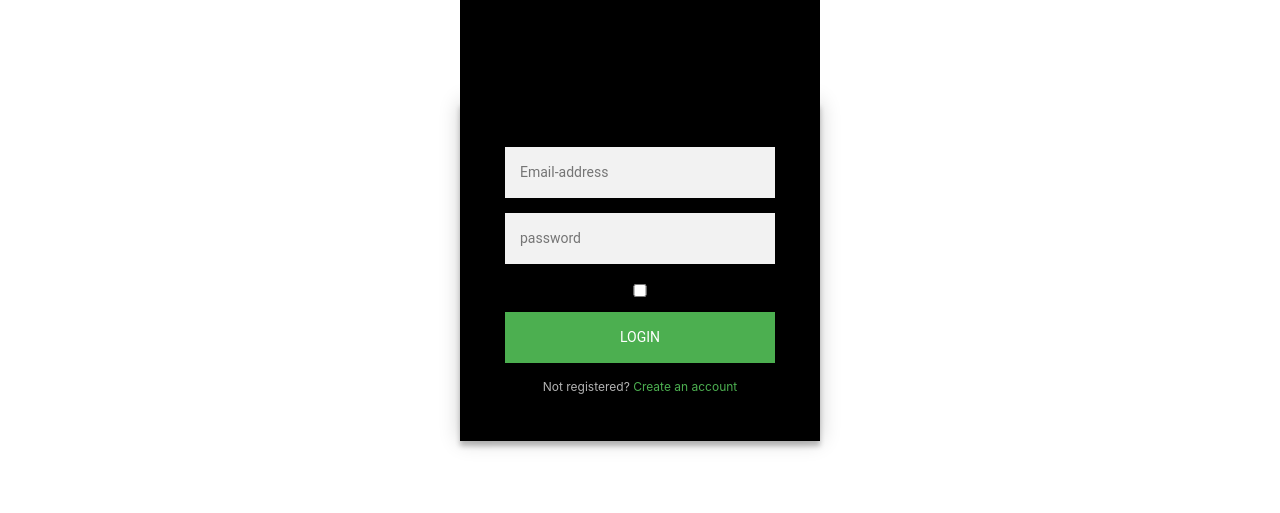
Repository: andbilous/cursor-styled-components
Page: /sign-in
An editor plug-in stored every save of this project. The page is shown before and after a run of saves, followed by the edit.
The browser window is 1280 px wide. The pictures show the whole page.
The project was rebuilt for these pictures with package versions that can differ from the ones it lists, and the page was loaded fresh each time. Also part of the build but not shown: src/App.css, src/components/SignUpForm.jsx.

Above is the page before, as saved 2020-04-19 13:27:13.

### src/App.js
import React from 'react';
import {
  BrowserRouter as Router,
  Switch,
  Route,
  Link
} from "react-router-dom";
import './App.css';
import SignInForm from './components/SignInForm';
import SignUpForm from './components/SignUpForm';

function App() {
  return (
   <Router>
      <Switch>
          <Route exact path="/sign-in">
            <SignInForm />
          </Route>
          <Route path="/sign-up">
            <SignUpForm />
          </Route>
        </Switch>
   </Router>
  );
}

export default App;

### src/components/SignInForm.jsx
import React from 'react';
import styled from "styled-components";

const SignInFormStyles=styled.div`
.login-page {
  width: 360px;
  padding: 8% 0 0;
  margin: auto;
  background: #000;
}
.form {
  position: relative;
  z-index: 1;
  max-width: 360px;
  margin: 0 auto 100px;
  padding: 45px;
  text-align: center;
  box-shadow: 0 0 20px 0 rgba(0, 0, 0, 0.2), 0 5px 5px 0 rgba(0, 0, 0, 0.24);
}
.form input {
  font-family: "Roboto", sans-serif;
  outline: 0;
  background: #f2f2f2;
  width: 100%;
  border: 0;
  margin: 0 0 15px;
  padding: 15px;
  box-sizing: border-box;
  font-size: 14px;
}
.form button {
  font-family: "Roboto", sans-serif;
  text-transform: uppercase;
  outline: 0;
  background: #4CAF50;
  width: 100%;
  border: 0;
  padding: 15px;
  color: #FFFFFF;
  font-size: 14px;
  -webkit-transition: all 0.3 ease;
  transition: all 0.3 ease;
  cursor: pointer;
}
.form button:hover,.form button:active,.form button:focus {
  background: #43A047;
}
.form .message {
  margin: 15px 0 0;
  color: #b3b3b3;
  font-size: 12px;
}
.form .message a {
  color: #4CAF50;
  text-decoration: none;
}
.form .register-form {
  display: none;
}
.container {
  position: relative;
  z-index: 1;
  max-width: 300px;
  margin: 0 auto;
}
.container:before, .container:after {
  content: "";
  display: block;
  clear: both;
}
.container .info {
  margin: 50px auto;
  text-align: center;
}
.container .info h1 {
  margin: 0 0 15px;
  padding: 0;
  font-size: 36px;
  font-weight: 300;
  color: #1a1a1a;
}
.container .info span {
  color: #4d4d4d;
  font-size: 12px;
}
.container .info span a {
  color: #000000;
  text-decoration: none;
}
.container .info span .fa {
  color: #EF3B3A;
}
body {
  background: #76b852; /* fallback for old browsers */
  background: -webkit-linear-gradient(right, #76b852, #8DC26F);
  background: -moz-linear-gradient(right, #76b852, #8DC26F);
  background: -o-linear-gradient(right, #76b852, #8DC26F);
  background: linear-gradient(to left, #76b852, #8DC26F);
  font-family: "Roboto", sans-serif;
  -webkit-font-smoothing: antialiased;
  -moz-osx-font-smoothing: grayscale;
}
`


const SignInForm =() =>{
  return (
    <SignInFormStyles>
<div class="login-page">
  <div class="form">
    <form class="login-form">
    <input type="text" placeholder="Email-address"/>
      <input type="password" placeholder="password"/>
      <input type="checkbox"/>
      <span></span>
      <button>login</button>
      <p class="message">Not registered? <a href="#">Create an account</a></p>
    </form>
  </div>
</div>
    </SignInFormStyles>

  )
}


export default  SignInForm;

Loaded but not shown: public/index.html (common file); src/index.js (common file); src/index.css (common file); src/serviceWorker.js (common file)

After the next 2 saves:
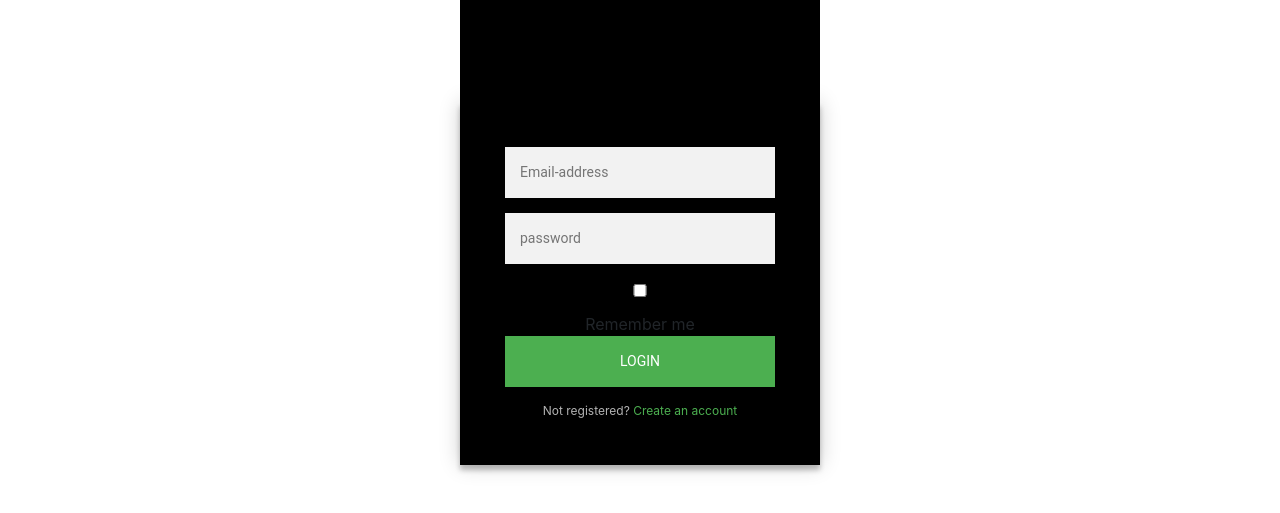
The 2 saves are shown as one change because they came seconds apart.
The last was saved 6 s later.
--- a/src/components/SignInForm.jsx
+++ b/src/components/SignInForm.jsx
@@ -112,7 +112,7 @@ const SignInForm =() =>{
     <input type="text" placeholder="Email-address"/>
       <input type="password" placeholder="password"/>
       <input type="checkbox"/>
-      <span></span>
+      <span>Remember me</span>
       <button>login</button>
       <p class="message">Not registered? <a href="#">Create an account</a></p>
     </form>
